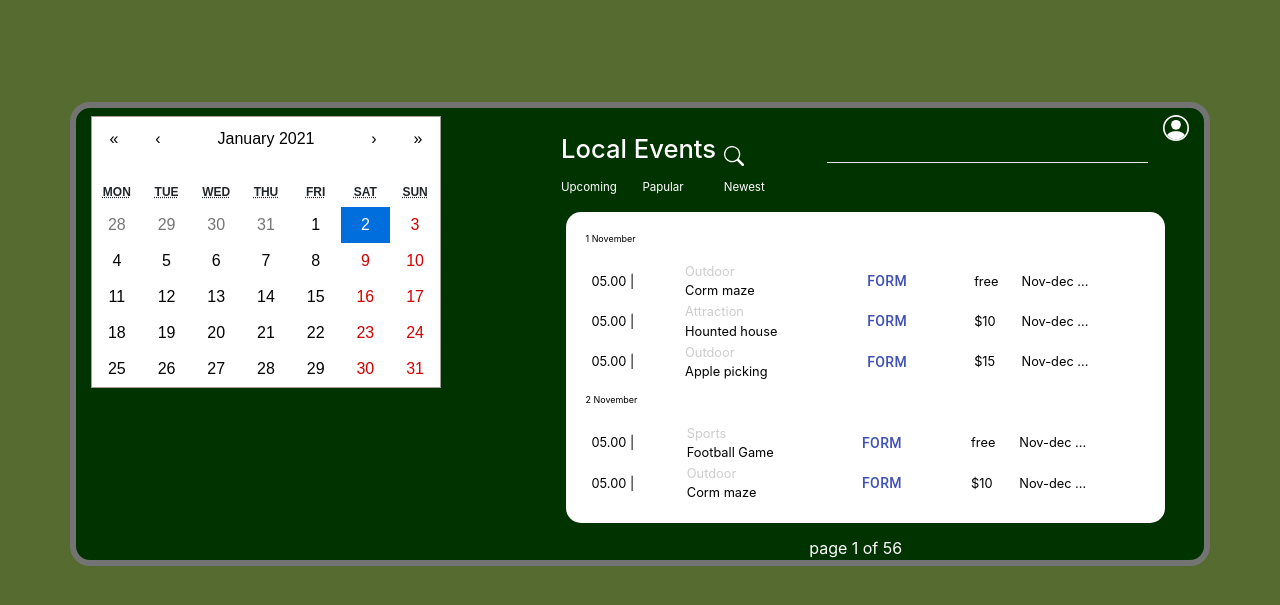
Repository: lalji-yadav/Calendar-code
Page: /
An editor plug-in stored every save of this project. The page is shown before and after the next save, followed by the edit.
The browser window is 1280 px wide. The pictures show the whole page.
The project was rebuilt for these pictures with package versions that can differ from the ones it lists, and the page was loaded fresh each time. Also part of the build but not shown: src/App.css.

Above is the page before, as saved 2021-01-04 13:47:48.

### src/App.js
import logo from './logo.svg';
import './App.css';
import MyApp from './calendar/calendar'
import Home from "./calendar/Home";

function App() {
  return (
    <div>
      <header>

        <Home />

      </header>
    </div>
  );
}

export default App;

### src/calendar/calendar.js
import React, { useState } from 'react';
import 'react-calendar/dist/Calendar.css';
import Calendar from 'react-calendar';

function MyApp() {
  const [value, onChange] = useState(new Date());

  return (
    <div>
      <Calendar
        onChange={onChange}
        value={value}
      />
    </div>
  );
}

export default MyApp;

### src/calendar/Home.js
import React from 'react';
import "./Home.css";
import MyApp from "./calendar";
import Button from '@material-ui/core/Button';

function Home() {

  return (
    <div className="main">
      <div className='container'>
        <div className="row">
          <div className="col-sm-5 calendar">
             <MyApp />
          </div>
          <div className="col-sm-7">

            <div style={{float:"right", paddingTop:"1%"}}>
            <svg xmlns="http://www.w3.org/2000/svg" width="26" height="26" fill="white" class="bi bi-person-circle" viewBox="0 0 16 16">
            <path d="M13.468 12.37C12.758 11.226 11.195 10 8 10s-4.757 1.225-5.468 2.37A6.987 6.987 0 0 0 8 15a6.987 6.987 0 0 0 5.468-2.63z"/>
             <path fill-rule="evenodd" d="M8 9a3 3 0 1 0 0-6 3 3 0 0 0 0 6z"/>
             <path fill-rule="evenodd" d="M8 1a7 7 0 1 0 0 14A7 7 0 0 0 8 1zM0 8a8 8 0 1 1 16 0A8 8 0 0 1 0 8z"/>
            </svg>
            </div>

            <div className="row" style={{paddingTop:"4%"}}>
               <div className="col-sm-5">
                 <div className="row">
                 <h1 style={{color:"white", fontSize:"2vw"}}>Local Events </h1>
               <svg  style={{margin:"5% 0% 0% 3%"}} xmlns="http://www.w3.org/2000/svg" width="20" height="20" fill="white" class="bi bi-search" viewBox="0 0 16 16">
               <path d="M11.742 10.344a6.5 6.5 0 1 0-1.397 1.398h-.001c.03.04.062.078.098.115l3.85 3.85a1 1 0 0 0 1.415-1.414l-3.85-3.85a1.007 1.007 0 0 0-.115-.1zM12 6.5a5.5 5.5 0 1 1-11 0 5.5 5.5 0 0 1 11 0z"/>
               </svg>
                 </div>
               </div>
               <div className="col-sm-7" style={{paddingTop:"3%"}}>
               <hr style={{marginTop:"10px"}} />

               </div>

            </div>

            <div className="row">
          <div className="col-sm-5 row" style={{color:"white", fontSize:"0.9vw"}}>
            <div className="col-sm-4">
             <p>Upcoming</p>
            </div>
            <div className="col-sm-4">
              <p>Papular</p>
            </div>
            <div className="col-sm-4">
              <p>Newest</p>
            </div>

             {/* Carosal design  */}
          </div>

          <div className="tablebox">

            <p style={{fontSize:"0.7vw"}}> 1 November </p>
                <table  style={{width:"100%", fontSize:"1vw"}}>

                    <tbody>
                      <tr>
                        <td style={{padding:"6px"}}>05.00 |</td>
                        <td><span style={{color:"#cccccc"}}>Outdoor</span> <br/> Corm maze</td>
                        <td><Button color="primary">Form</Button></td>
                        <td>free</td>
                        <td>Nov-dec ...</td>
                      </tr>
                      <tr>
                        <td style={{padding:"6px"}}>05.00 |</td>
                        <td><span style={{color:"#cccccc"}}>Attraction</span> <br/>Hounted house</td>
                        <td><Button color="primary">Form</Button></td>
                        <td>$10</td>
                        <td>Nov-dec ...</td>
                      </tr>
                      <tr>
                        <td style={{padding:"6px"}}>05.00 |</td>
                        <td><span style={{color:"#cccccc"}}>Outdoor</span> <br /> Apple picking</td>
                        <td><Button color="primary">Form</Button></td>
                        <td>$15</td>
                        <td>Nov-dec ...</td>
                      </tr>
                    </tbody>
                  </table>

                  <p style={{paddingTop:"2%", fontSize:"0.7vw"}}> 2 November </p>
                  <table  style={{width:"100%", fontSize:"1vw"}}>

                    <tbody>
                      <tr>
                        <td style={{padding:"6px"}}>05.00 |</td>
                        <td> <span style={{color:"#cccccc"}}>Sports</span> <br/> Football Game</td>
                        <td><Button color="primary">Form</Button></td>
                        <td>free</td>
                        <td>Nov-dec ...</td>
                      </tr>
                      <tr>
                        <td style={{padding:"6px"}}>05.00 |</td>
                        <td><span style={{color:"#cccccc"}}>Outdoor</span> <br/> Corm maze</td>
                        <td><Button color="primary">Form</Button></td>
                        <td>$10</td>
                        <td>Nov-dec ...</td>
                      </tr>

                    </tbody>
                  </table>
             </div>

             <p style={{margin:"2% 0% 0% 40%", color:"white"}}> page 1 of 56 </p>

        </div>

          </div>

        </div>

      </div>

    </div>
  );
}
export default Home;

### src/calendar/Home.css
.main {
    width: 100%;
    height: 100%;
    position: absolute;
    /* padding: 10% 5% 10% 5%; */
    background-color: darkolivegreen;
}
.container {
    width: 80%;
    /* height: 70%; */
    margin: 8% 10% 8% 10%;
    background-color: #003300;
    border: 6px solid #737373;
    border-radius: 20px;
}
.calendar {
    /* border: 2px solid red; */
    margin-top: 8px;
}
hr {
    color: white;
    width: 100%;
    margin-top: 5em;
    background-color: white;
}
.tablebox {
    margin: 0% 0% 0% 3%;
    padding: 3%;
    width: 91%;
    border-radius: 15px;
    color: black;
    background-color: white;
}

Loaded but not shown: public/index.html (common file); src/index.js (common file); src/index.css (common file); src/reportWebVitals.js (common file)

After the next save:
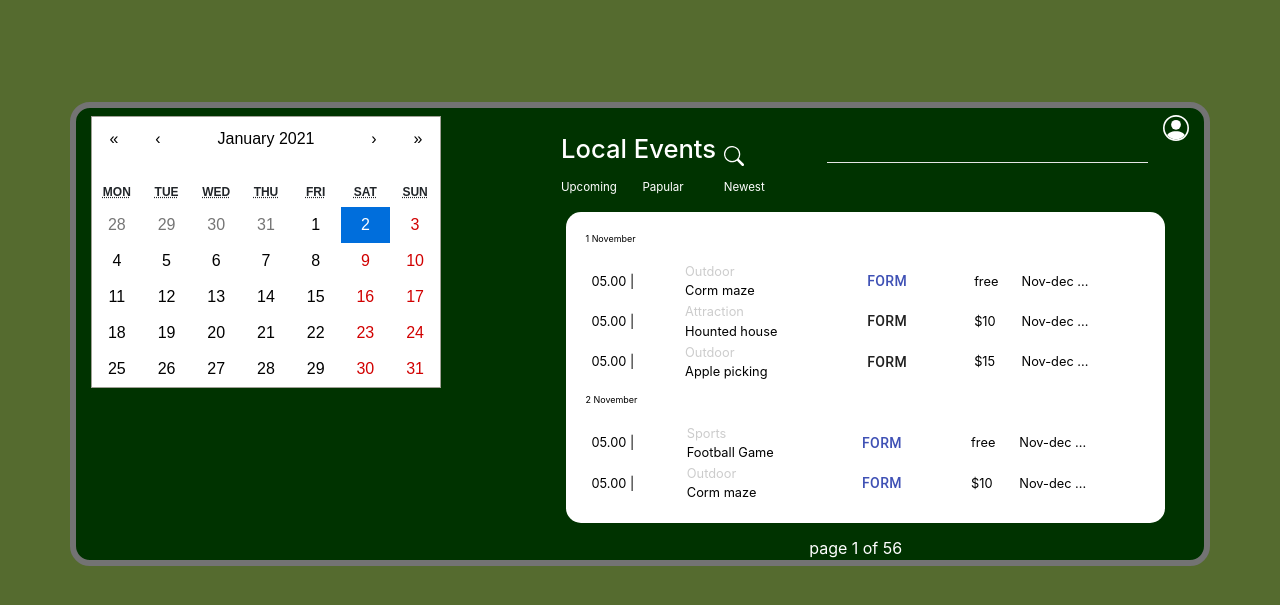
Saved 57 s later.
--- a/src/calendar/Home.js
+++ b/src/calendar/Home.js
@@ -69,14 +69,14 @@
                       <tr>
                         <td style={{padding:"6px"}}>05.00 |</td>
                         <td><span style={{color:"#cccccc"}}>Attraction</span> <br/>Hounted house</td>
-                        <td><Button color="primary">Form</Button></td>
+                        <td><Button color="green">Form</Button></td>
                         <td>$10</td>
                         <td>Nov-dec ...</td>
                       </tr>
                       <tr>
                         <td style={{padding:"6px"}}>05.00 |</td>
                         <td><span style={{color:"#cccccc"}}>Outdoor</span> <br /> Apple picking</td>
-                        <td><Button color="primary">Form</Button></td>
+                        <td><Button color="darkolivegreen">Form</Button></td>
                         <td>$15</td>
                         <td>Nov-dec ...</td>
                       </tr>

After the 2 saves that followed:
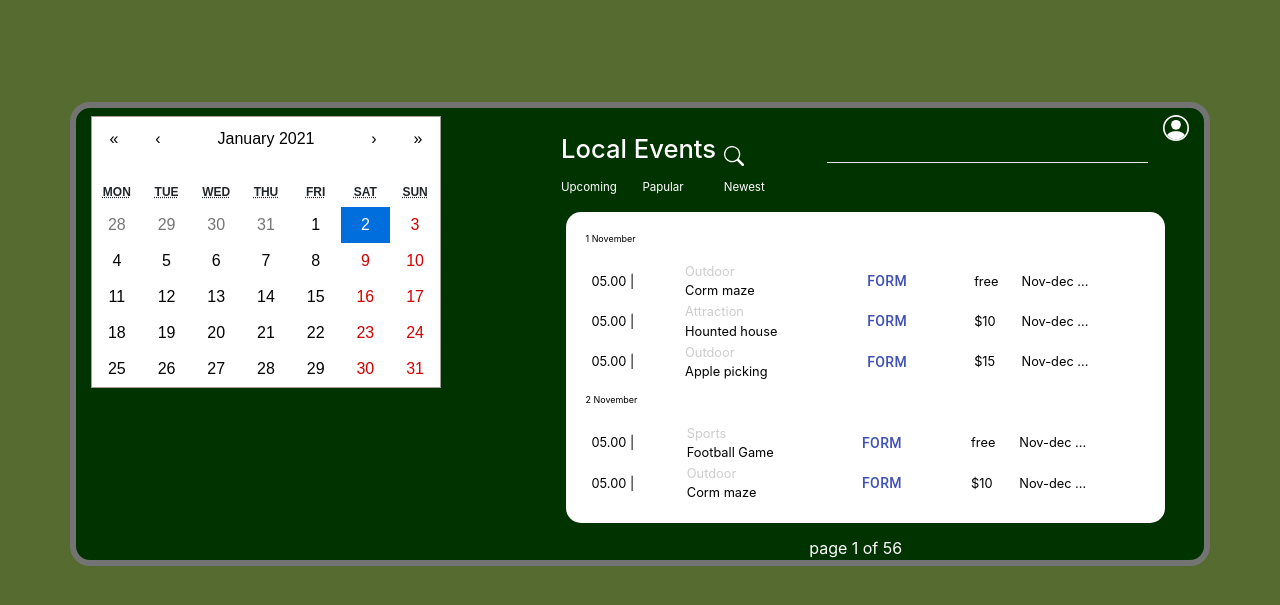
The 2 saves are shown as one change because 1 left the picture as it was.
The last was saved 118 s later.
--- a/src/calendar/Home.js
+++ b/src/calendar/Home.js
@@ -69,14 +69,14 @@
                       <tr>
                         <td style={{padding:"6px"}}>05.00 |</td>
                         <td><span style={{color:"#cccccc"}}>Attraction</span> <br/>Hounted house</td>
-                        <td><Button color="green">Form</Button></td>
+                        <td><Button color="primary">Form</Button></td>
                         <td>$10</td>
                         <td>Nov-dec ...</td>
                       </tr>
                       <tr>
                         <td style={{padding:"6px"}}>05.00 |</td>
                         <td><span style={{color:"#cccccc"}}>Outdoor</span> <br /> Apple picking</td>
-                        <td><Button color="darkolivegreen">Form</Button></td>
+                        <td><Button color="primary">Form</Button></td>
                         <td>$15</td>
                         <td>Nov-dec ...</td>
                       </tr>
